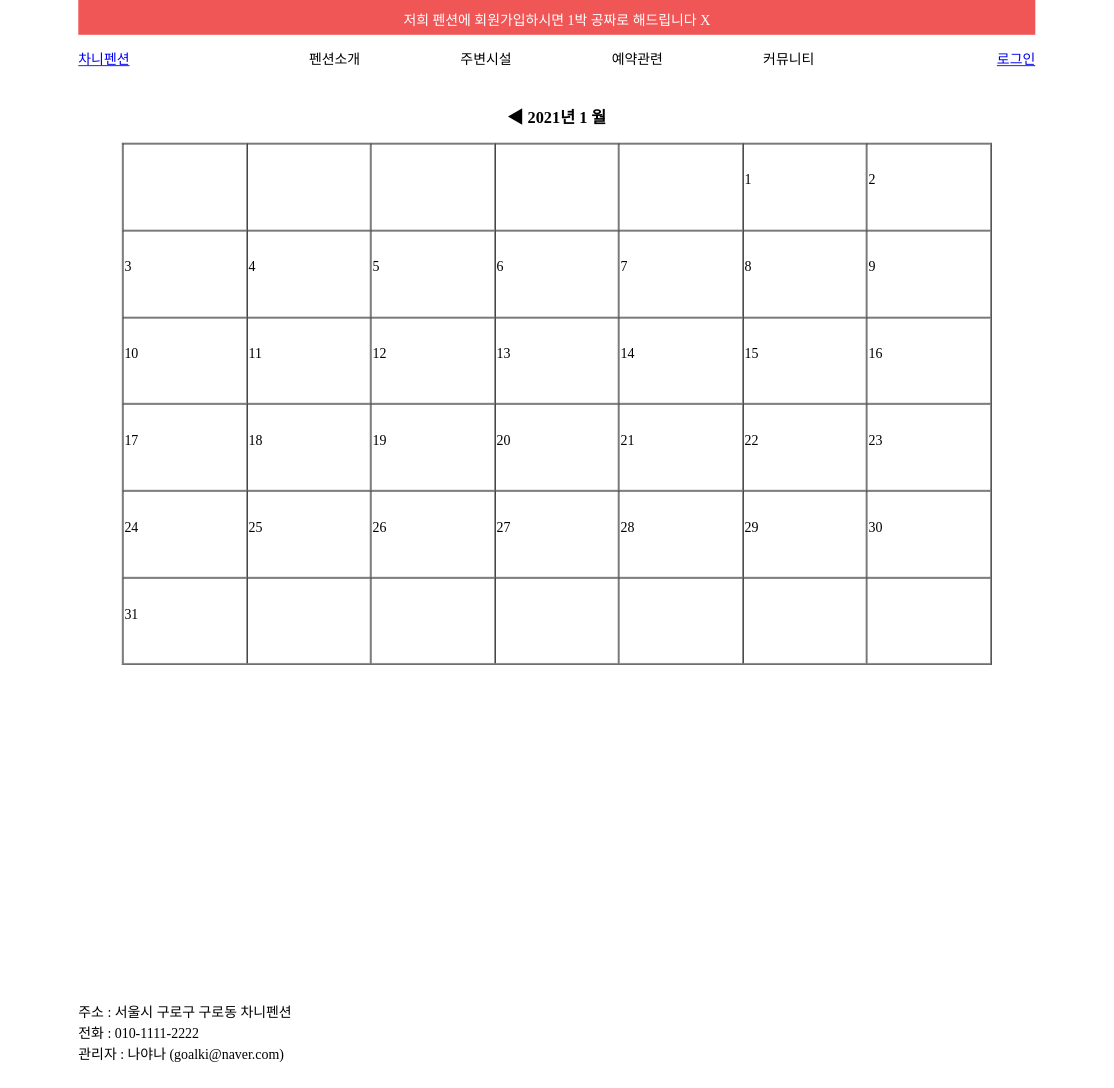
Repository: goalki/pension
Page: http://localhost/pension/reserve/reserve.jsp
These files come from the project's save history. The page is drawn as it stood at one moment and after the next save; the edit follows.
The browser window is 1280 px wide. The pictures show the whole page, at 87% of full size.
The page is served by Tomcat 9. Queries for data that is not in the repository find no rows.

Above is the page before, as saved 2021-01-20 06:12:27.

After the next save:
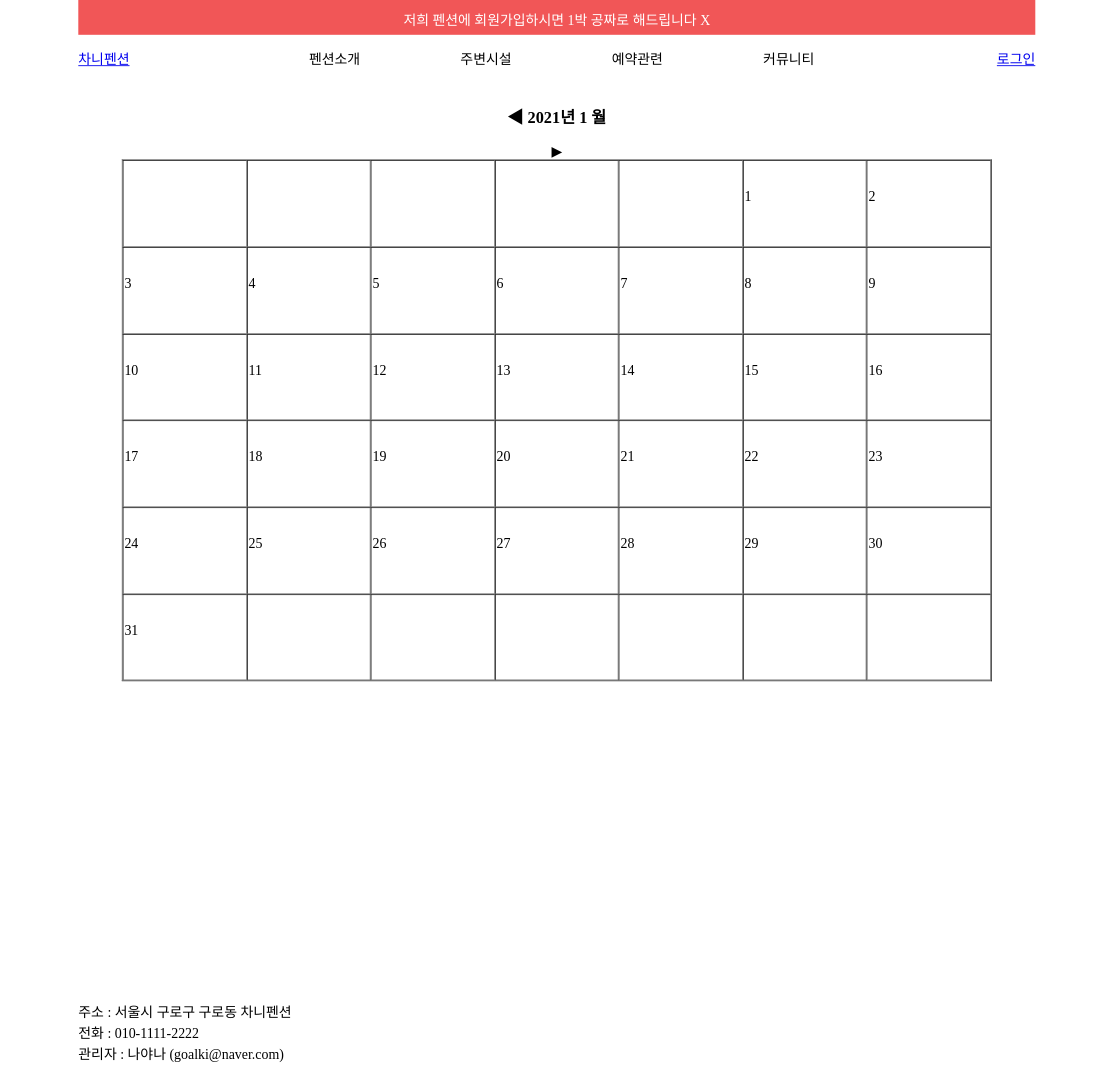
Saved 22 s later.
--- a/pension/WebContent/reserve/reserve.jsp
+++ b/pension/WebContent/reserve/reserve.jsp
@@ -50,7 +50,7 @@
  </style>
  <div id="section">
    <table width="1000" height="600"   align="center" border="1" cellspacing="0">
-    <caption> <h3> <span> ◀ </span> ${y}년 ${m} 월</h3> </caption>
+    <caption> <h3> <span> ◀  </span> ${y}년 ${m} 월</h3> <span> ▶  </span></caption>
    <c:set var="day" value="1"/> <!-- pageContext 영역에 만들어진다. -->
    <fmt:formatDate var="today" value="<%=new java.util.Date()%>" pattern="yyyy-MM-dd"/>
    <c:forEach var="i" begin="1" end="${ju}"> <!-- 1주씩 출력 -->

After the 2 saves that followed:
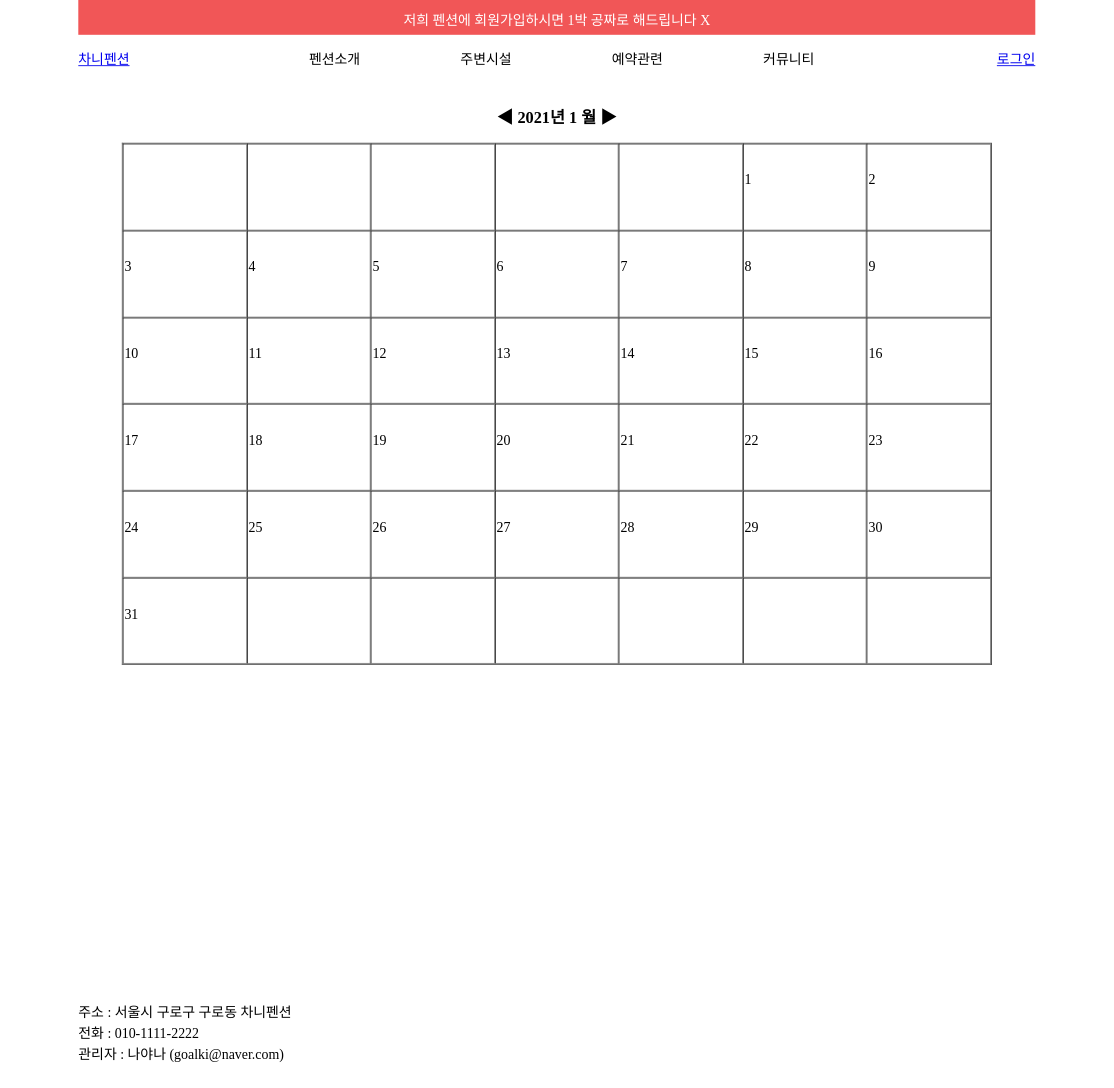
The 2 saves are shown as one change because 1 left the picture as it was.
The last was saved 22 s later.
--- a/pension/WebContent/reserve/reserve.jsp
+++ b/pension/WebContent/reserve/reserve.jsp
@@ -50,7 +50,7 @@
  </style>
  <div id="section">
    <table width="1000" height="600"   align="center" border="1" cellspacing="0">
-    <caption> <h3> <span> ◀  </span> ${y}년 ${m} 월</h3> <span> ▶  </span></caption>
+    <caption> <h3> <span> ◀  </span> ${y}년 ${m} 월 <span> ▶  </span> </h3> </caption>
    <c:set var="day" value="1"/> <!-- pageContext 영역에 만들어진다. -->
    <fmt:formatDate var="today" value="<%=new java.util.Date()%>" pattern="yyyy-MM-dd"/>
    <c:forEach var="i" begin="1" end="${ju}"> <!-- 1주씩 출력 -->
